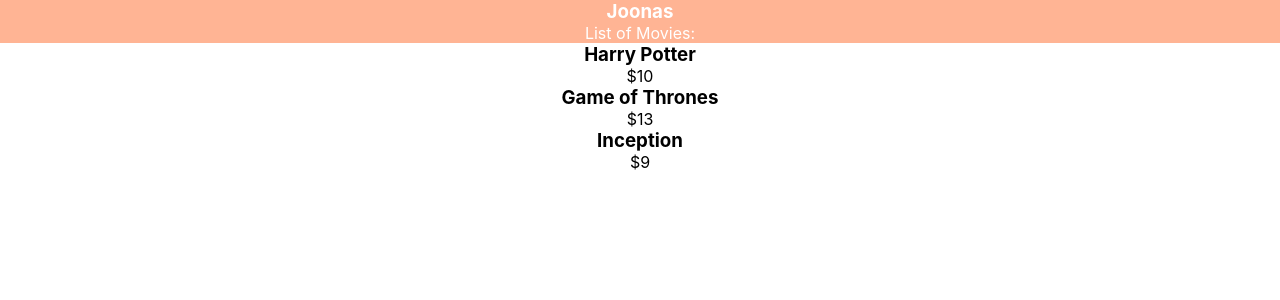
Repository: SubmergedSnake/react-usecontext
Page: /
An editor plug-in stored every save of this project. The page is shown before and after the next save, followed by the edit.
The browser window is 1280 px wide. The pictures show the whole page.
The project was rebuilt for these pictures with package versions that can differ from the ones it lists, and the page was loaded fresh each time.

Above is the page before, as saved 2020-11-21 18:52:13.

After the next save:
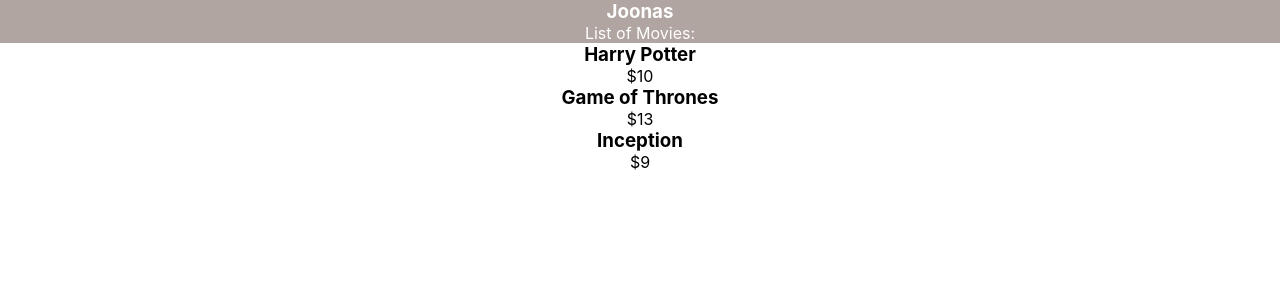
Saved 18 s later.
--- a/src/Nav.js
+++ b/src/Nav.js
@@ -1,7 +1,7 @@
 import React from 'react';
 
 const navStyle = {
-    background: '#FFB494',
+    background: '#B0A5A0',
     color: 'white'
   };
 
